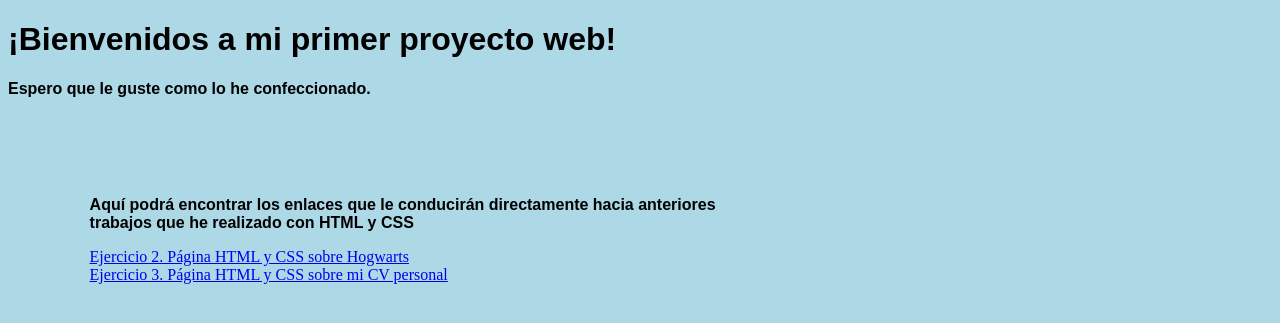
Repository: Pablosky971/Ejercicio-4.-Proyecto-Web
Page: http://localhost/Ejercicio4/
The author's editor kept a copy of each file at every save. The page is drawn from the files as they stood at one save, then again after the next save.
The browser window is 1280 px wide. The pictures show the whole page.
The page is served by Tomcat 9.

Above is the page before, as saved 2022-03-09 12:45:20.

### Ejercicio4/src/main/webapp/index.html
<!DOCTYPE html>
<html>
<head>
<meta charset="UTF-8">
<title>Presentación</title>
<link rel="stylesheet" href="css/index.css">
</head>
<body>
	<header>
		<h1 class="titulo"> ¡Bienvenidos a mi primer proyecto web! </h1>
		<h3 class="subtitulo"> Espero que le guste como lo he confeccionado.</h3>

	</header>

	<main>

	<nav>
		<h3 class="navegacion"> Aquí podrá encontrar los enlaces que le conducirán directamente hacia anteriores trabajos que he realizado con HTML y CSS</h3>
		<a href="ejercicio2"> Ejercicio 2. Página HTML y CSS sobre Hogwarts</a>
		<a href="ejercicio3"> Ejercicio 3. Página HTML y CSS sobre mi CV personal</a>
	</nav>
	</main>

</body>
</html>

### Ejercicio4/src/main/webapp/css/index.css
body {
	background-color: lightblue;

}
h1.titulo {
	font-family: sans-serif;
	font-size: xx-large;

}

h3.subtitulo {
	font-family: sans-serif;
	font-size: medium;
}

h3.navegacion {
	font-family: sans-serif;
	font-size: medium;
}

nav {
	position: absolute;
	top: 25%;
	left: 7%;
	width: 50%;
	height: 50%;
	display: block;
}

a {
	display: block;
}

a:hover {
	color: green;

}

After the next save:
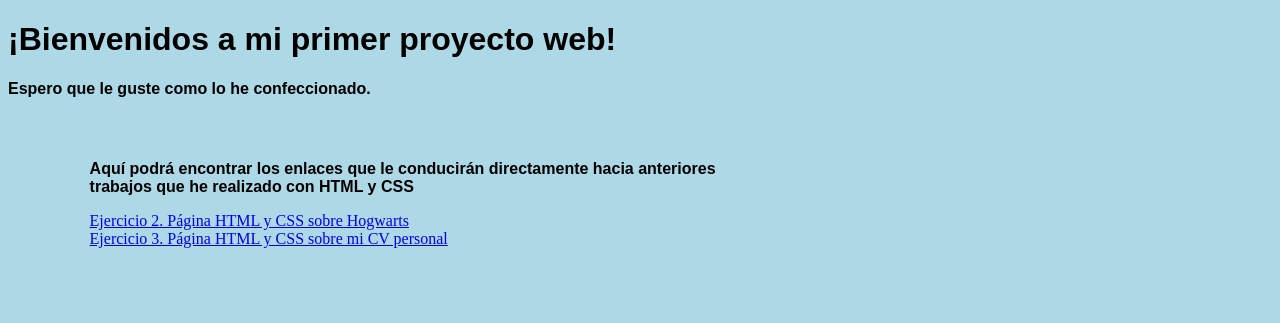
Saved 12 s later.
--- a/Ejercicio4/src/main/webapp/css/index.css
+++ b/Ejercicio4/src/main/webapp/css/index.css
@@ -20,7 +20,7 @@ h3.navegacion {
 
 nav {
 	position: absolute;
-	top: 25%;
+	top: 20%;
 	left: 7%;
 	width: 50%;
 	height: 50%;
